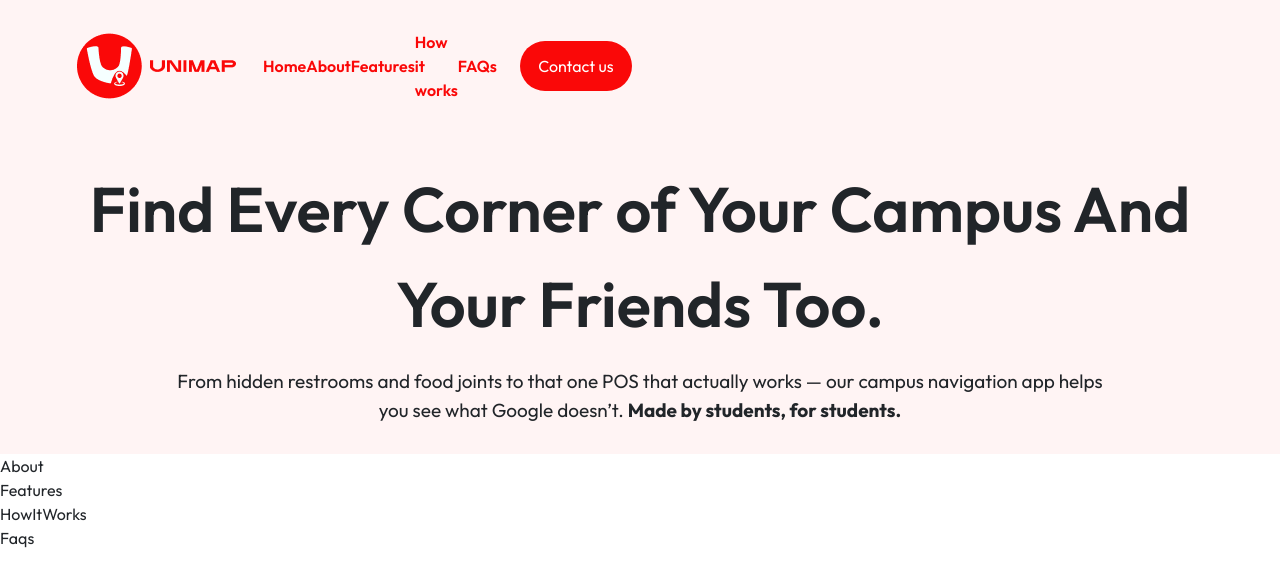
Repository: SahMenz/MUM-website
Page: /
An editor plug-in stored every save of this project. The page is shown before and after the next save, followed by the edit.
The browser window is 1280 px wide. The pictures show the whole page.
The project was rebuilt for these pictures with package versions that can differ from the ones it lists, and the page was loaded fresh each time. Also part of the build but not shown: vite.config.js.

Above is the page before, as saved 2025-08-28 01:31:56.

### index.html
<!DOCTYPE html>
<html lang="en">
  <head>
    <meta charset="UTF-8" />
    <link rel="icon" type="image/svg+xml" href="/vite.svg" />
    <link rel="preconnect" href="https://fonts.googleapis.com" />
    <link rel="preconnect" href="https://fonts.gstatic.com" crossorigin />
    <link
      href="https://fonts.googleapis.com/css2?family=Outfit:wght@100..900&display=swap"
      rel="stylesheet"
    />
    <link
      rel="stylesheet"
      href="https://cdn.jsdelivr.net/npm/bootstrap@5.3.5/dist/css/bootstrap.min.css"
      integrity="sha384-SgOJa3DmI69IUzQ2PVdRZhwQ+dy64/BUtbMJw1MZ8t5HZApcHrRKUc4W0kG879m7"
      crossorigin="anonymous"
    />
    <meta name="viewport" content="width=device-width, initial-scale=1.0" />
    <title>MUM</title>
  </head>
  <body>
    <div id="root"></div>
    <script type="module" src="/src/main.jsx"></script>
  </body>
</html>

### src/index.css
*,
*::after,
*::before {
  box-sizing: border-box;
  margin: 0px;
  padding: 0px;
  font-family: "Outfit", sans-serif;
}
button {
  border: none;
}

### src/App.jsx
import { HashRouter, Route, Routes } from "react-router-dom";
import "./App.css";
import ScrollToTop from "./components/scroll/ScrollToTop";
import Home from "./components/home/home";

function App() {
  return (
    <div>
      <HashRouter>
        <ScrollToTop />
        <Routes>
          <Route path="/" element={<Home />} />
        </Routes>
      </HashRouter>
    </div>
  );
}

export default App;

### src/App.css
/* BACKGROUND */
.bg-ff4 {
  background-color: #fff4f4;
}
.bg-ff {
  background-color: #ffffff;
}
.bg-00 {
  background-color: #000000;
}
.bg-fa {
  background-color: #fa0808;
}
.bg-e4 {
  background-color: #e4e4e4;
}
.bg-d3 {
  background-color: #d3d3d3;
}
.bg-ffd {
  background-color: #ffdede;
}
.bg-trans {
  background-color: transparent;
}

/* TEXT COLOR */
.txt-00 {
  color: #000000;
}
.txt-ff {
  color: #ffffff;
}
.txt-f8 {
  color: #f8edd9;
}
.txt-f5 {
  color: #f5ffff;
}
.txt-14 {
  color: #141416;
}
.txt-73 {
  color: #737373;
}

/* FONT WEIGHT */
.fw-100{
  font-weight:100;
}
.fw-200{
  font-weight:200;
}
.fw-300{
  font-weight:300 ;
}
.fw-400{
  font-weight: 400;
}
.fw-500{
  font: weight 500;
}
.fw-600{
  font-weight:600;
}
.fw-700{
  font-weight: 700;
}
.fw-800{
  font-weight: 800;
}
.fw-900{
  font-weight: 900;
}


/* FONT SIZE */
.fs-48 {
  font-size: 26px;
}
.fs-19 {
  font-size: 11px;
}
.fs-13 {
  font-size: 8px;
}
.fs-16 {
  font-size: 9px;
}
.fs-23 {
  font-size: 12px;
}
.fs-25 {
  font-size: 17px;
}
.fs-45 {
  font-size: 22px;
}
.fs-32 {
  font-size: 10px;
}
.fs-11 {
  font-size: 8px;
}
.fs-72 {
  font-size: 26px;
}
.fs-83{
  font-size: 28px;
}
.fs-56{
  font-size: 18px;
}
.fs-63{
  font-size: 22px;
}
@media (min-width: 768px) {
  .fs-48 {
    font-size: 48px;
  }
  .fs-19 {
    font-size: 19px;
  }
  .fs-13 {
    font-size: 13px;
  }
  .fs-16 {
    font-size: 16px;
  }
  .fs-23 {
    font-size: 23px;
  }
  .fs-25 {
    font-size: 25px;
  }
  .fs-43 {
    font-size: 43px;
  }
  .fs-32 {
    font-size: 32px;
  }
  .fs-11 {
    font-size: 11px;
  }
  .fs-72 {
    font-size: 72px;
  }
  .fs-63 {
    font-size: 63px;
  }
  .fs-83{
    font-size: 83px;
  }
  .fs-56{
    font-size: 56px;
  }
}



/* EXTRA */

.alignSelfCenter{
  align-self: center;
}
.alignSelfStart{
  align-self: start;
}
.alignSelfEnd{
  align-self: end;
}
.spacing-50 {
  padding: 30px 77px;
}
@media (max-width: 768px) {
  .spacing-50 {
    padding: 25px 20px;
  }
}

### src/components/scroll/ScrollToTop.jsx
import { useEffect } from "react";
import { useLocation } from "react-router-dom";


export default function ScrollToTop({ evtToChange }){

    const pathname = useLocation().pathname

    useEffect(() => {
        window.scrollTo(0, 0)
    }, [pathname, evtToChange])

    return <div />
}

### src/components/home/home.jsx
import { useRef } from "react";
import About from "../about/about";
import Hero from "../hero/hero";
import Features from "../features/features";
import HowItWorks from "../howItWorks/howItWorks";
import Faqs from "../faqs/faqs";
import Navigation from "../navigation/navigation";

function Home() {
  const refHome = useRef(null);
  const refAbout = useRef(null);
  const refFeatures = useRef(null);
  const refHowItWork = useRef(null);
  const refFaqs = useRef(null);

  const handleHomeClick = () => {
    if (refHome.current) {
      refHome.current.scrollIntoView();
    }
  };
  const handleAboutClick = () => {
    if (refAbout.current) {
      refAbout.current.scrollIntoView();
    }
  };
  const handleFeaturesClick = () => {
    if (refFeatures.current) {
      refFeatures.current.scrollIntoView();
    }
  };
  const handleHowItWorkClick = () => {
    if (refHowItWork.current) {
      refHowItWork.current.scrollIntoView();
    }
  };
  const handleFaqsClick = () => {
    if (refFaqs.current) {
      refFaqs.current.scrollIntoView();
    }
  };

  return (
    <div className="">
      <Navigation
        onHomeClick={handleHomeClick}
        onAboutClick={handleAboutClick}
        onFeaturesClick={handleFeaturesClick}
        onHowItWorkClick={handleHowItWorkClick}
        onFaqsClick={handleFaqsClick}
      />
      <div ref={refHome}>
        <Hero />
      </div>
      <div ref={refAbout}>
        <About />
      </div>
      <div ref={refFeatures}>
        <Features />
      </div>
      <div ref={refHowItWork}>
        <HowItWorks />
      </div>
      <div ref={refFaqs}>
        <Faqs />
      </div>
    </div>
  );
}

export default Home;

### src/components/hero/hero.jsx
import React from 'react'

function Hero() {
  return (
    <div className='bg-ff4 spacing-50 d-flex align-items-center flex-column justify-content-center text-center'>
      <div className='fs-63 fw-600'>Find Every Corner of Your Campus And Your Friends Too.</div>
      <div className='fw-400 fs-19 col-10 mt-3'>From hidden restrooms and food joints to that one POS that actually works — our campus navigation app helps you see what Google doesn’t. <b>Made by students, for students.</b></div>
      <div></div>
      <div></div>
    </div>
  )
}

export default Hero

### src/components/howItWorks/howItWorks.jsx
import React from 'react'

function HowItWorks() {
  return (
    <div>HowItWorks</div>
  )
}

export default HowItWorks

### src/components/faqs/faqs.jsx
import React from 'react'

function Faqs() {
  return (
    <div>Faqs</div>
  )
}

export default Faqs

### src/components/navigation/navigation.jsx
import { Link } from "react-router-dom";
import logoAndName from "../../assets/images/logoAndName.png";
import { useState } from "react";
import Offcanvas from "react-bootstrap/Offcanvas";
import { NavLink } from "react-router-dom";

function Navigation({
  onAboutClick,
  onFeaturesClick,
  onHowItWorkClick,
  onFaqsClick,
}) {
  const [show, setShow] = useState(false);

  const handleShow = () => setShow(true);
  const handleClose = () => setShow(false);

  const myWhatsAppNumber = "2349039341520";
  const preFilledMessage =
    "Hello! I'm interested in your services. Can we chat?";
  const cleanedPhoneNumber = myWhatsAppNumber.replace(/[^0-9]/g, "");
  const encodedMessage = encodeURIComponent(preFilledMessage);

  const whatsappLink = `https://wa.me/${cleanedPhoneNumber}?text=${encodedMessage}`;

  return (
    <div className="spacing-50 bg-ff4 d-flex align-items-center justify-content-between">
      <div className="d-flex justify-content-between align-items-center">
        <img src={logoAndName} />
        <div className="d-flex align-items-center col-5 justify-content-between d-lg-flex d-none">
          <NavLink
            to="/"
            style={({ isActive }) => ({
              color: isActive ? "#FA0808" : "#737373",
            })}
            className="text-decoration-none txt-73 fw-600 fs-16"
          >
            Home
          </NavLink>
          <NavLink
            onClick={onAboutClick}
            style={({ isActive }) => ({
              color: isActive ? "#FA0808" : "#737373",
            })}
            className="text-decoration-none txt-73 fw-600 fs-16"
          >
            About
          </NavLink>
          <NavLink
            onClick={onFeaturesClick}
            style={({ isActive }) => ({
              color: isActive ? "#FA0808" : "#737373",
            })}
            className="text-decoration-none txt-73 fw-600 fs-16"
          >
            Features
          </NavLink>
          <NavLink
            onClick={onHowItWorkClick}
            style={({ isActive }) => ({
              color: isActive ? "#FA0808" : "#737373",
            })}
            className="text-decoration-none txt-73 fw-600 fs-16"
          >
            How it works
          </NavLink>
          <NavLink
            onClick={onFaqsClick}
            style={({ isActive }) => ({
              color: isActive ? "#FA0808" : "#737373",
            })}
            className="text-decoration-none txt-73 fw-600 fs-16"
          >
            FAQs
          </NavLink>
        </div>
        <a
          style={{ textDecoration: "none" }}
          href={whatsappLink}
          target="_blank"
          rel="noopener noreferrer"
        >
          <button
            className="d-flex align-items-center d-none d-lg-block"
            style={{
              backgroundColor: "#FA0808",
              borderRadius: "40px",
              padding: "13px 18px",
              color: "white",
            }}
          >
            <p className="mb-0 fw-500">Contact us</p>
          </button>
        </a>
      </div>
      {/* </div> */}
      <div
        onClick={handleShow}
        className=" d-lg-none"
        style={{
          cursor: "pointer",
          width: "40px",
          height: "40px",
          display: "flex",
          flexDirection: "column",
          alignItems: "center",
          justifyContent: "center",
          gap: "5px",
        }}
      >
        <div
          style={{ width: "30px", height: "3px", backgroundColor: "black" }}
        ></div>
        <div
          style={{ width: "30px", height: "3px", backgroundColor: "black" }}
        ></div>
        <div
          style={{ width: "30px", height: "3px", backgroundColor: "black" }}
        ></div>
      </div>
      <Offcanvas
        show={show}
        onHide={handleClose}
        placement="end"
        className=""
        style={{ backgroundColor: "#737373" }}
      >
        <Offcanvas.Header closeButton></Offcanvas.Header>
        <Offcanvas.Body>
          <div
            style={{ borderRadius: "20px" }}
            className="bg-ff pt-4 d-flex flex-column d-lg-flex justify-content-center align-items-center"
          >
            <div
              className="d-flex flex-column mb-5 justify-content-between align-items-center"
              style={{ height: "200px" }}
            >
              <NavLink
                to="/"
                style={({ isActive }) => ({
                  color: isActive ? "#FA0808" : "#737373",
                })}
                className="hovering txt-16 lh-19 fw-600 text-decoration-none txt-f3"
                end
              >
                Home
              </NavLink>
              <NavLink
                onClick={onAboutClick}
                style={({ isActive }) => ({
                  color: isActive ? "#FA0808" : "#737373",
                })}
                className="hovering txt-16 lh-19 fw-600 text-decoration-none txt-f3"
                end
              >
                About
              </NavLink>
              <NavLink
                onClick={onFeaturesClick}
                style={({ isActive }) => ({
                  color: isActive ? "#FA0808" : "#737373",
                })}
                className="hovering txt-16 lh-19 fw-600 text-decoration-none txt-f3"
                end
              >
                Features
              </NavLink>
              <NavLink
                onClick={onHowItWorkClick}
                style={({ isActive }) => ({
                  color: isActive ? "#FA0808" : "#737373",
                })}
                className="hovering txt-16 lh-19 fw-600 text-decoration-none txt-f3"
                end
              >
                How it works
              </NavLink>

              <NavLink
                onClick={onFaqsClick}
                style={({ isActive }) => ({
                  color: isActive ? "#FA0808" : "#737373",
                })}
                className="hovering txt-16 lh-19 fw-600 text-decoration-none txt-f3"
                end
              >
                FAQs
              </NavLink>
              <a
                style={{ textDecoration: "none" }}
                href={whatsappLink}
                target="_blank"
                rel="noopener noreferrer"
              >
                <button
                  className="d-flex align-items-center"
                  style={{
                    backgroundColor: "#FA0808",
                    borderRadius: "40px",
                    padding: "13px 18px",
                    color: "white",
                  }}
                >
                  <p className="mb-0 fw-500">Contact us</p>
                </button>
              </a>
            </div>
          </div>
        </Offcanvas.Body>
      </Offcanvas>
    </div>
  );
}

export default Navigation;

Loaded but not shown: src/main.jsx (common file); src/components/about/about.jsx (common file); src/components/features/features.jsx (common file)

After the next save:
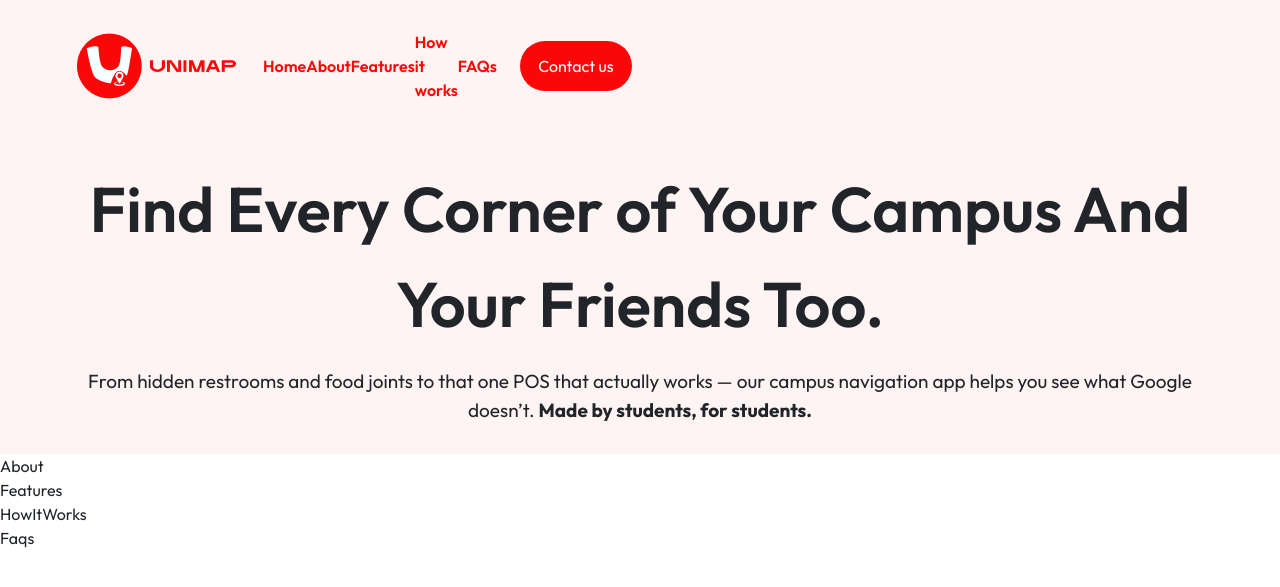
Saved 6 s later.
--- a/src/components/hero/hero.jsx
+++ b/src/components/hero/hero.jsx
@@ -4,7 +4,7 @@
   return (
     <div className='bg-ff4 spacing-50 d-flex align-items-center flex-column justify-content-center text-center'>
       <div className='fs-63 fw-600'>Find Every Corner of Your Campus And Your Friends Too.</div>
-      <div className='fw-400 fs-19 col-10 mt-3'>From hidden restrooms and food joints to that one POS that actually works — our campus navigation app helps you see what Google doesn’t. <b>Made by students, for students.</b></div>
+      <div className='fw-400 fs-19 col-12 mt-3'>From hidden restrooms and food joints to that one POS that actually works — our campus navigation app helps you see what Google doesn’t. <b>Made by students, for students.</b></div>
       <div></div>
       <div></div>
     </div>
